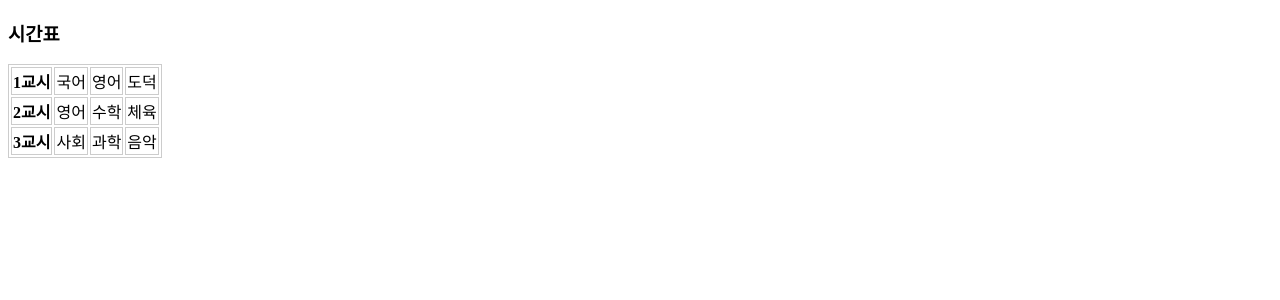
Repository: b1996om/HTML-CSS_study
Page: Practice/public/prac_00.html
These files come from the project's save history. The page is drawn as it stood at one moment and after the next save; the edit follows.
The browser window is 1280 px wide. The pictures show the whole page.

Above is the page before, as saved 2022-12-08 08:28:36.

After the next save:
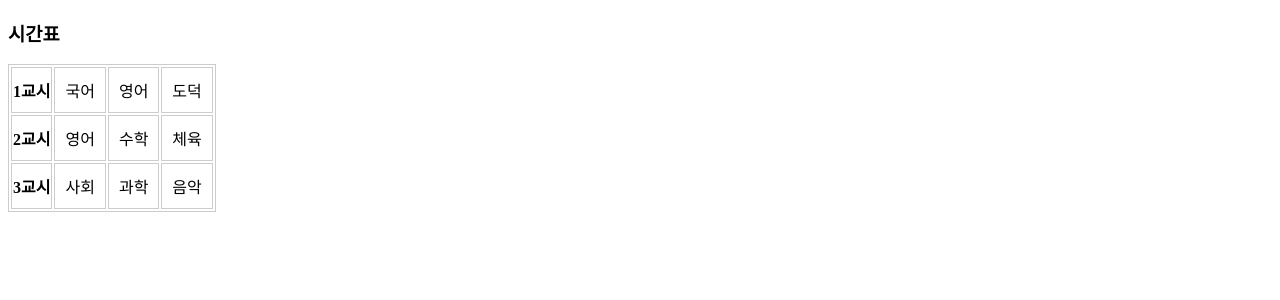
Saved 13 s later.
--- a/Practice/public/prac_00.html
+++ b/Practice/public/prac_00.html
@@ -6,6 +6,9 @@
 	<style>
 		table, th, td {
 			border:1px solid #ccc;
+		}
+		td {
+			padding:10px;
 		}
 	</style>
 </head>
